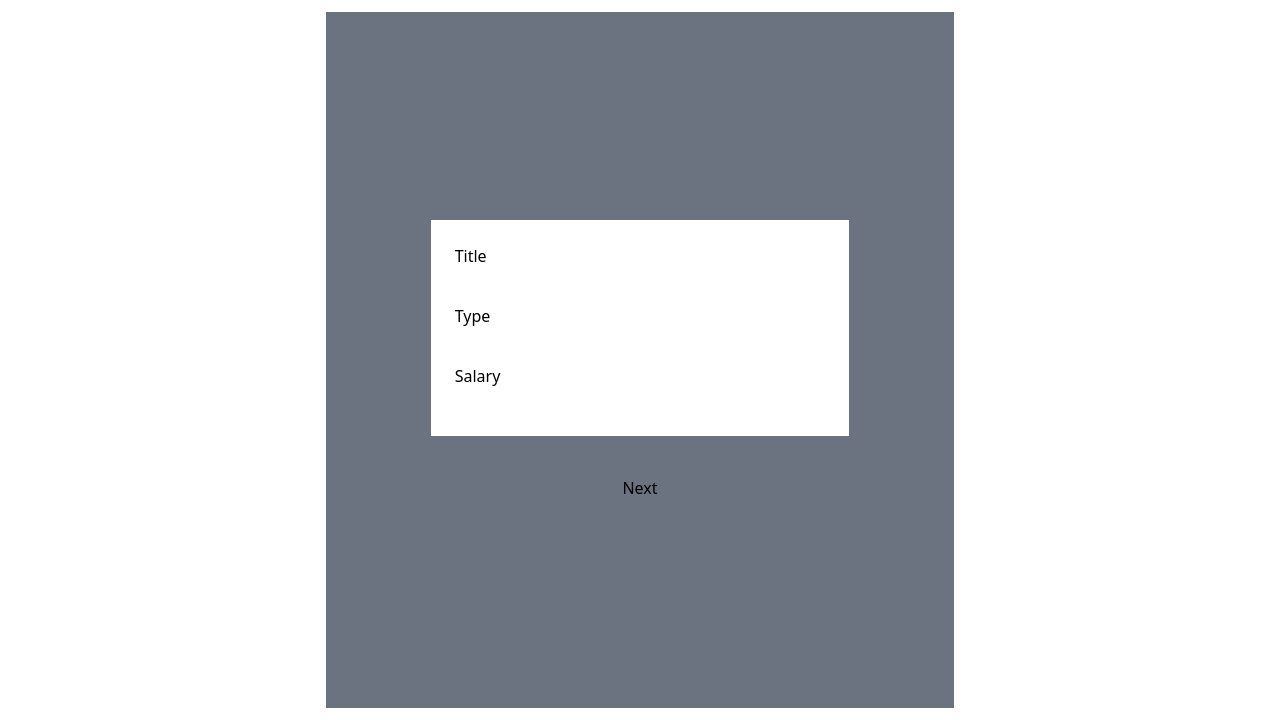
Repository: Abdibaye/Job-Sphere
Page: /form
An editor plug-in stored every save of this project. The page is shown before and after the next save, followed by the edit.
The browser window is 1280 px wide. The pictures show the whole page.
The project was rebuilt for these pictures with package versions that can differ from the ones it lists, and the page was loaded fresh each time. Also part of the build but not shown: vite.config.js, src/components/search.jsx, src/components/navbar.jsx, src/pages/descriptionpage.jsx, src/components/job.jsx, src/components/feed.jsx, src/components/saved.jsx, src/components/filter.jsx and 4 more.

Above is the page before, as saved 2025-02-22 22:45:51.

### index.html
<!doctype html>
<html lang="en">
  <head>
    <meta charset="UTF-8" />
    <link rel="icon" type="image/svg+xml" href="/vite.svg" />

    <link rel="preconnect" href="https://fonts.googleapis.com">
    <link rel="preconnect" href="https://fonts.gstatic.com" crossorigin>
    <link href="https://fonts.googleapis.com/css2?family=Inter:ital,opsz,wght@0,14..32,100..900;1,14..32,100..900&family=Open+Sans:ital,wght@0,300..800;1,300..800&family=Poppins:wght@100;200;300;400;600;700&display=swap" rel="stylesheet">

    <meta name="viewport" content="width=device-width, initial-scale=1.0" />
    <title>Vite + React</title>
  </head>
  <body>
    <div id="root"></div>
    <script type="module" src="/src/main.jsx"></script>
  </body>
</html>

### src/main.jsx
import { StrictMode } from 'react'
import { createRoot } from 'react-dom/client'
import './index.css'
import App from './App.jsx'
import Description from './pages/descriptionpage.jsx'
import HomePage from './pages/homepage.jsx'

createRoot(document.getElementById('root')).render(
  <StrictMode>
    <App />
  </StrictMode>,
)

### src/App.jsx
import Navbar from "./components/navbar";
import Description from "./pages/descriptionpage";
import HomePage from "./pages/homepage";
import LoginPage from "./pages/loginpage";
import SignUp from "./pages/Signup";
import { BrowserRouter, Routes, Route, Outlet } from "react-router-dom";
import Feed from "./components/feed";
import Forms from "./pages/formpage";

function App() {
  return (
    <BrowserRouter>
      <Routes>
        {/* Default route for login */}
        <Route path="/" element={<LoginPage />} />

        {/* Nested routes under Navbar */}
        <Route path="/navbar" element={<Navbar />}>
          <Route index element={<HomePage    />} /> {/* Default child route */}
          <Route path="description" element={<Description />} /> {/* Relative path */}
        </Route>

        {/* Signup route */}
        <Route path="/signup" element={<SignUp />} />


        <Route path='/form' element = {<Forms />} />
      </Routes>
    </BrowserRouter>
  );
}

export default App;

### src/pages/formpage.jsx
import { BrowserRouter, Routes, Route, Link, Outlet } from "react-router-dom";
import Form from "../components/form";



function Forms(){
    return(
        <>
        <div>
        <Form />
        <Outlet />
        </div>
        </>
    )


}



export default Forms;

### src/components/form.jsx


function Form(){
    return(
        <div className=" h-screen  flex justify-center p-3 ">
            <div className="bg-gray-500 w-1/2 flex flex-col justify-center items-center">
              <div className="bg-[#fff] w-2/3 h-fit flex flex-col justify-center p-6 ">
                <p className="mb-3">Title</p>
                <input type="text" />
                <p className="mb-3">Type</p>
                <input type="text" />
                <p>Salary</p>
                <input type="text" />
              </div>
              <button className="mt-10">Next</button>
            </div>
        </div>
    );
}


export default Form

### tailwind.config.js
/** @type {import('tailwindcss').Config} */
export default {
  content: [
    "./index.html",
    "./src/**/*.{js,ts,jsx,tsx}",
  ],
  theme: {
    extend: {
      fontFamily: {
        'inter': ['Inter', 'sans-serif'],
      },
    },
  },
  plugins: [],
}

Loaded but not shown: src/index.css (common file)

After the next save:
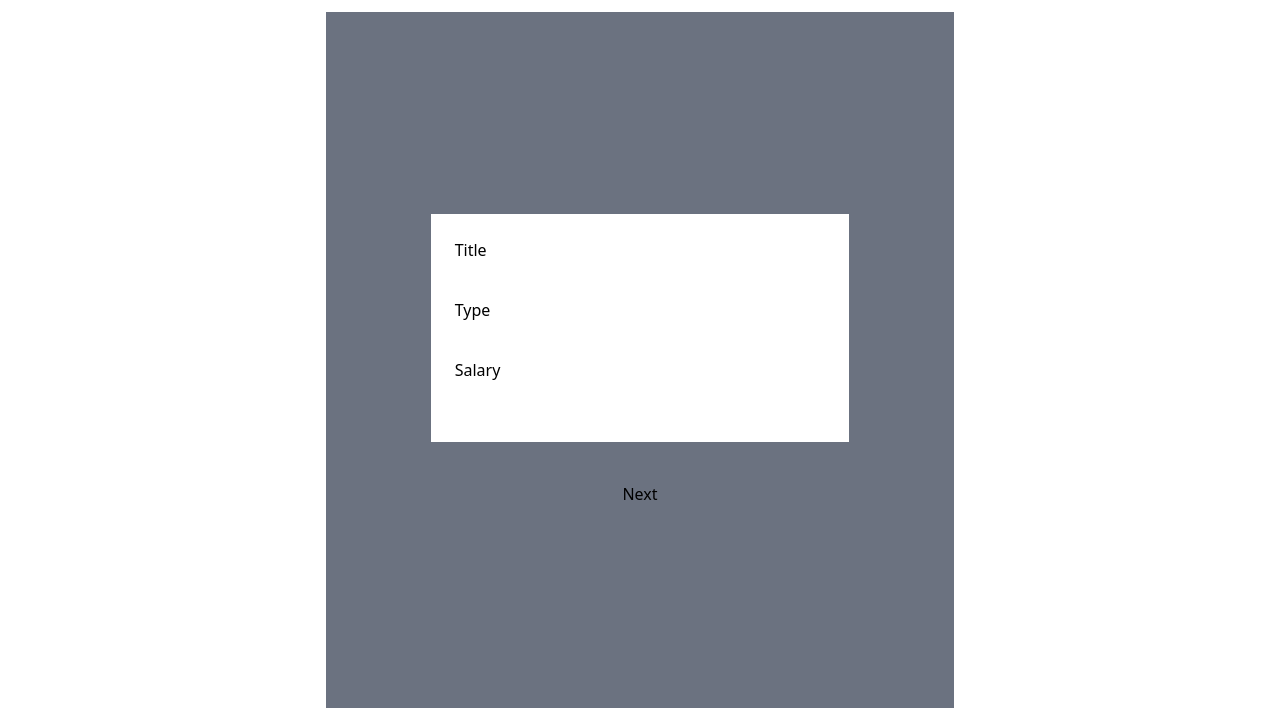
Saved 15 s later.
--- a/src/components/form.jsx
+++ b/src/components/form.jsx
@@ -9,7 +9,7 @@ function Form(){
                 <input type="text" />
                 <p className="mb-3">Type</p>
                 <input type="text" />
-                <p>Salary</p>
+                <p className="mb-3">Salary</p>
                 <input type="text" />
               </div>
               <button className="mt-10">Next</button>
